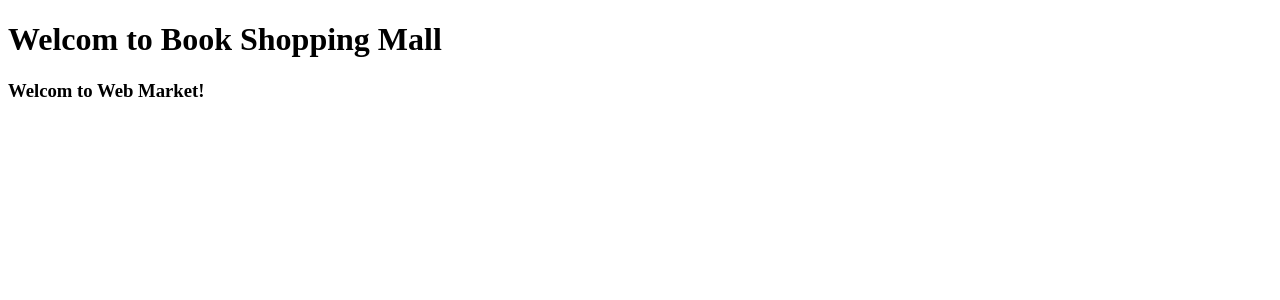
Repository: SJM7301/KH-JSP
Page: http://localhost/JSPBook/welcome.jsp
The author's editor kept a copy of each file at every save. The page is drawn from the files as they stood at one save, then again after the next save.
The browser window is 1280 px wide. The pictures show the whole page.
The page is served by Tomcat 10. Nobody is signed in. The application's start-up code is not run.

Above is the page before, as saved 2025-01-31 06:40:46.

After the next save:
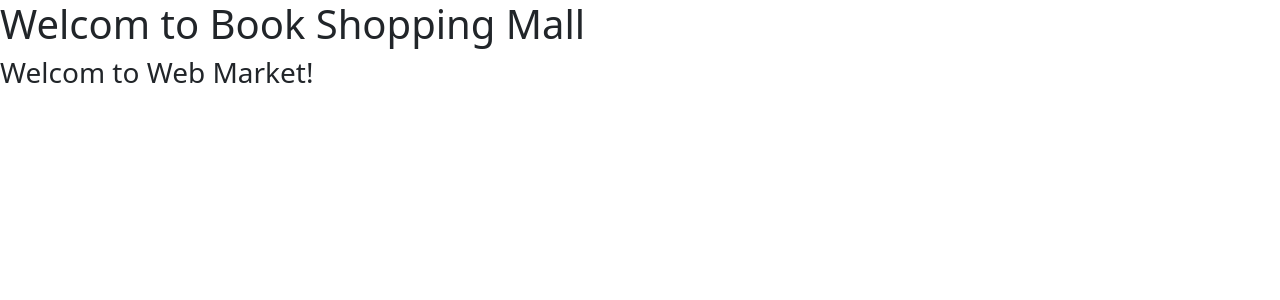
Saved 5 min 1 s later.
--- a/JSPBook/src/main/webapp/welcome.jsp
+++ b/JSPBook/src/main/webapp/welcome.jsp
@@ -5,6 +5,8 @@
 <head>
 <meta charset="EUC-KR">
 <title>Welcome</title>
+
+<link href="https://cdn.jsdelivr.net/npm/bootstrap@5.3.3/dist/css/bootstrap.min.css" rel="stylesheet">
 </head>
 <body>
 	<%!
